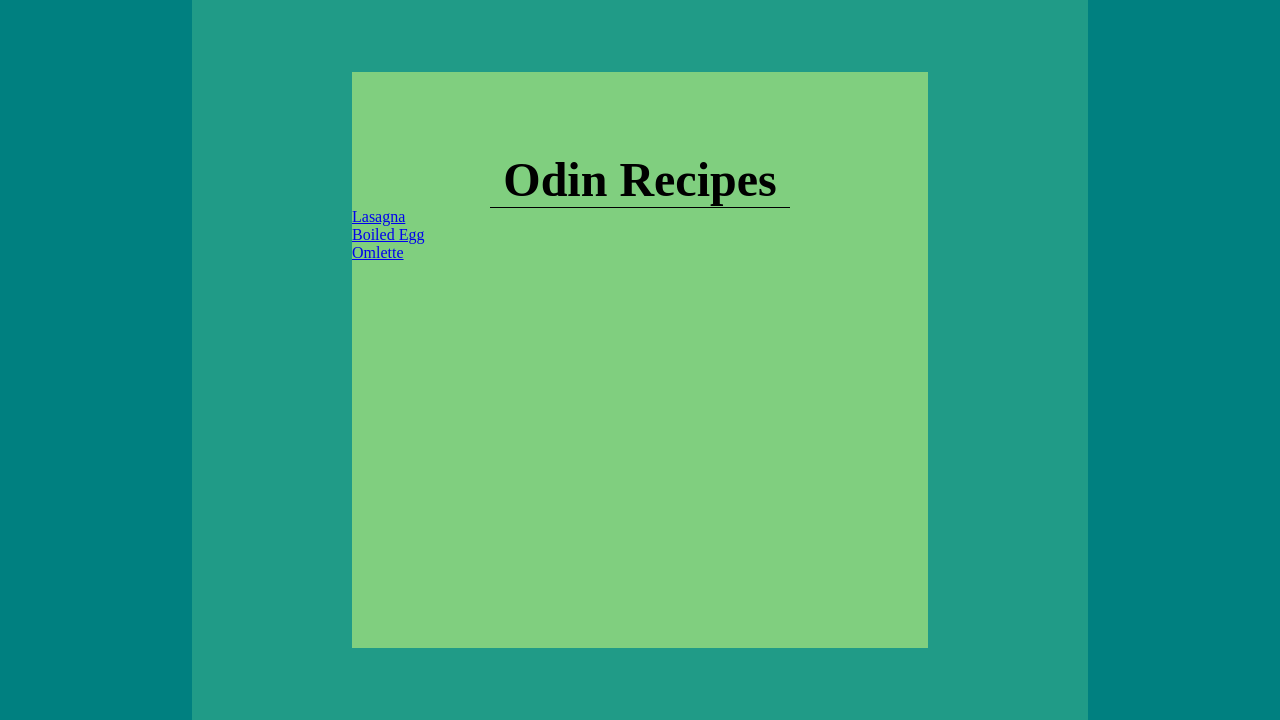
Repository: Pafestivo/odin-recipes
Page: index.html
These files come from the project's save history. The page is drawn as it stood at one moment and after the next save; the edit follows.
The browser window is 1280 px wide. The pictures show the whole page.

Above is the page before, as saved 2022-09-24 12:31:10.

After the next save:
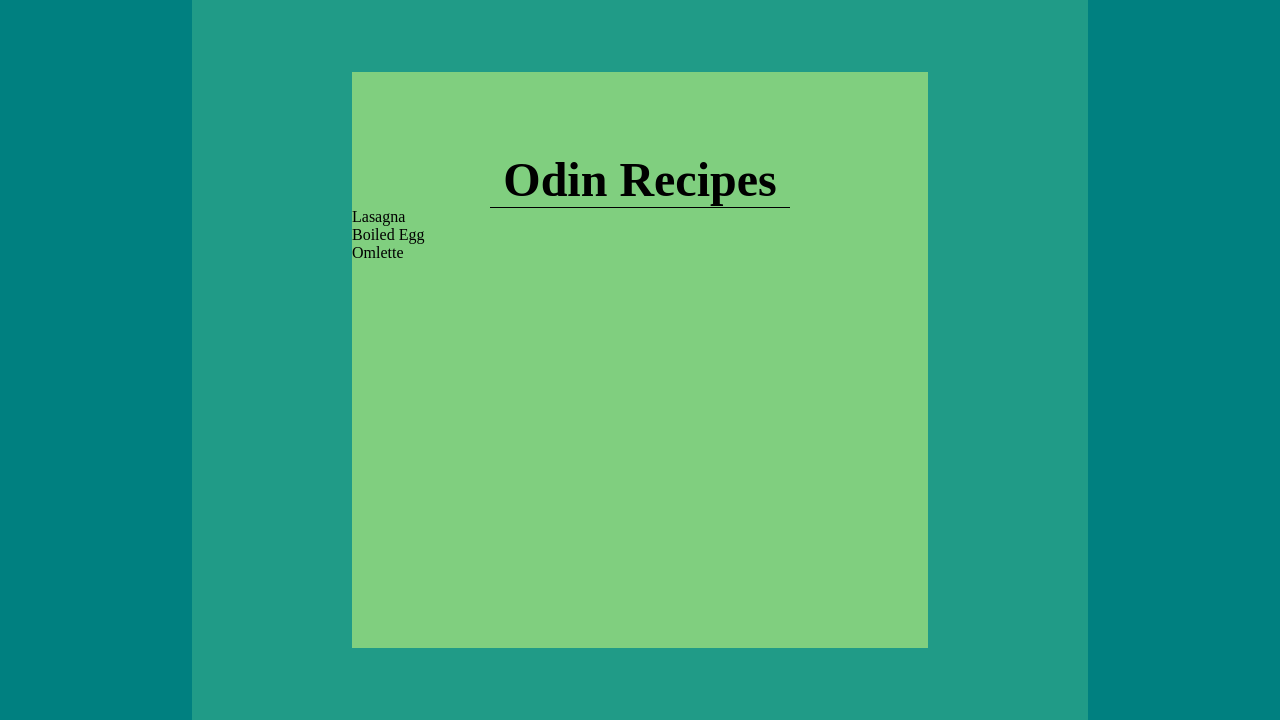
Saved 15 s later.
--- a/css/styles.css
+++ b/css/styles.css
@@ -37,3 +37,8 @@ h1 {
 ul {
   list-style: none;
 }
+
+a {
+  text-decoration: none;
+  color: inherit;
+}
